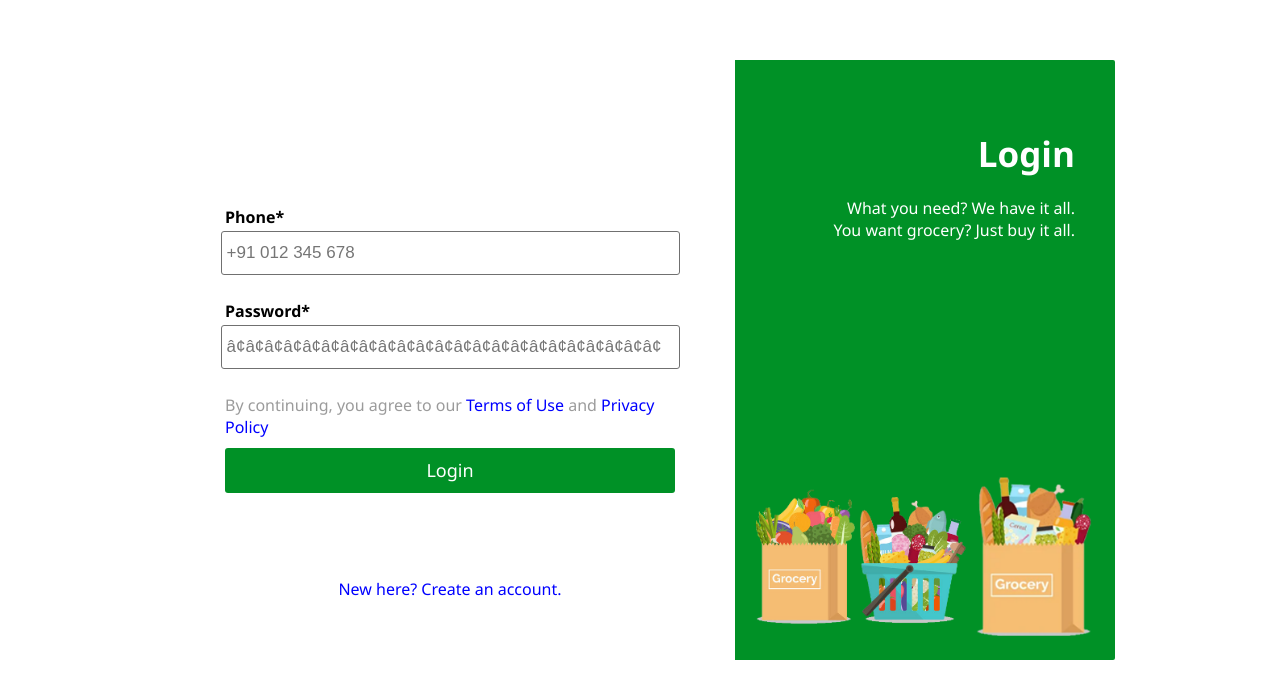
Repository: SamNickGammer/GroceryInsider
Page: http://localhost/Grocery/pages/Login Page/index.jsp
These files come from the project's save history. The page is drawn as it stood at one moment and after the next save; the edit follows.
The browser window is 1280 px wide. The pictures show the whole page.
The page is served by Tomcat 9.

Above is the page before, as saved 2022-05-24 12:21:01.

After the next save:
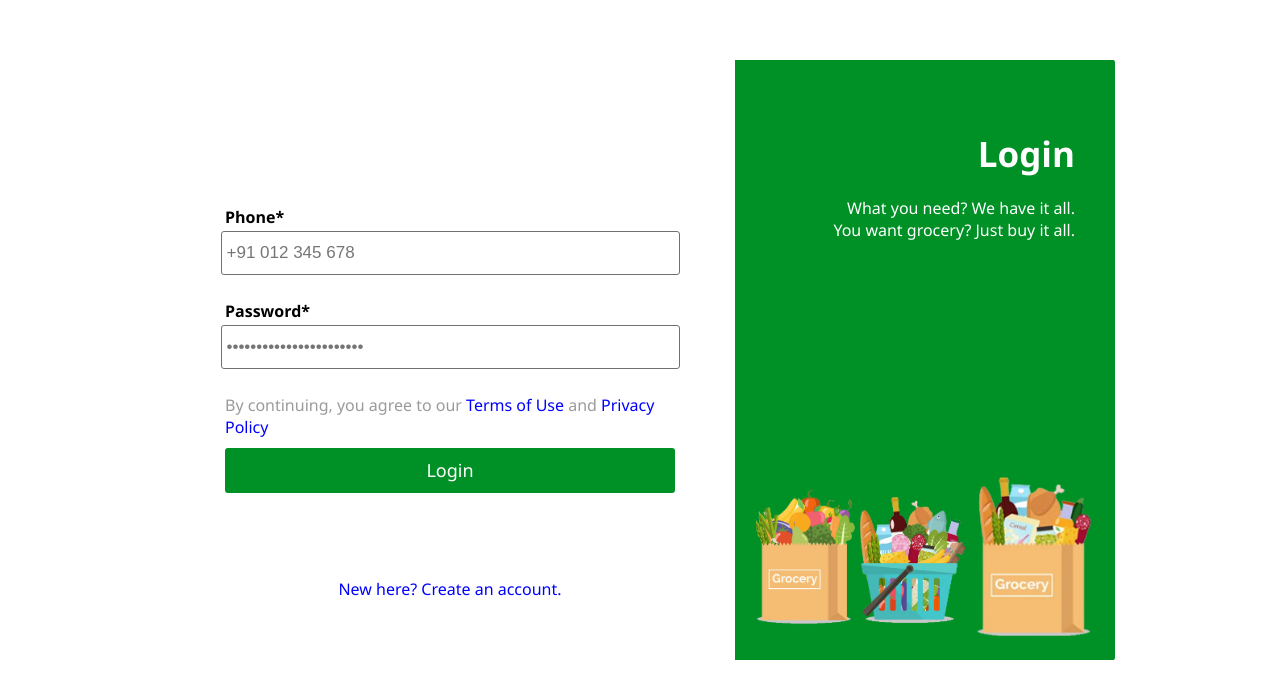
Saved 49 s later.
--- a/Grocery/src/main/webapp/pages/Login Page/index.jsp
+++ b/Grocery/src/main/webapp/pages/Login Page/index.jsp
@@ -23,7 +23,7 @@
                 <span class="mText"><b>Phone*</b></span>
                 <input  id="phoneField" type="tel" placeholder="+91 012 345 678" name="phoneNumber">
                 <span class="mText"><b>Password*</b></span>
-                <input id="passwordField" type="password" placeholder="•••••••••••••••••••••••" name="password">
+                <input id="passwordField" type="password" placeholder="&#149;&#149;&#149;&#149;&#149;&#149;&#149;&#149;&#149;&#149;&#149;&#149;&#149;&#149;&#149;&#149;&#149;&#149;&#149;&#149;&#149;&#149;&#149;" name="password">
                 <span class="termsCondTxt">By continuing, you agree to our<a href="terms.html"> Terms of Use</a> and <a
                         href="">Privacy Policy</a></span>
                 <button id="loginBtn" class="loginBtn">Login</button>
